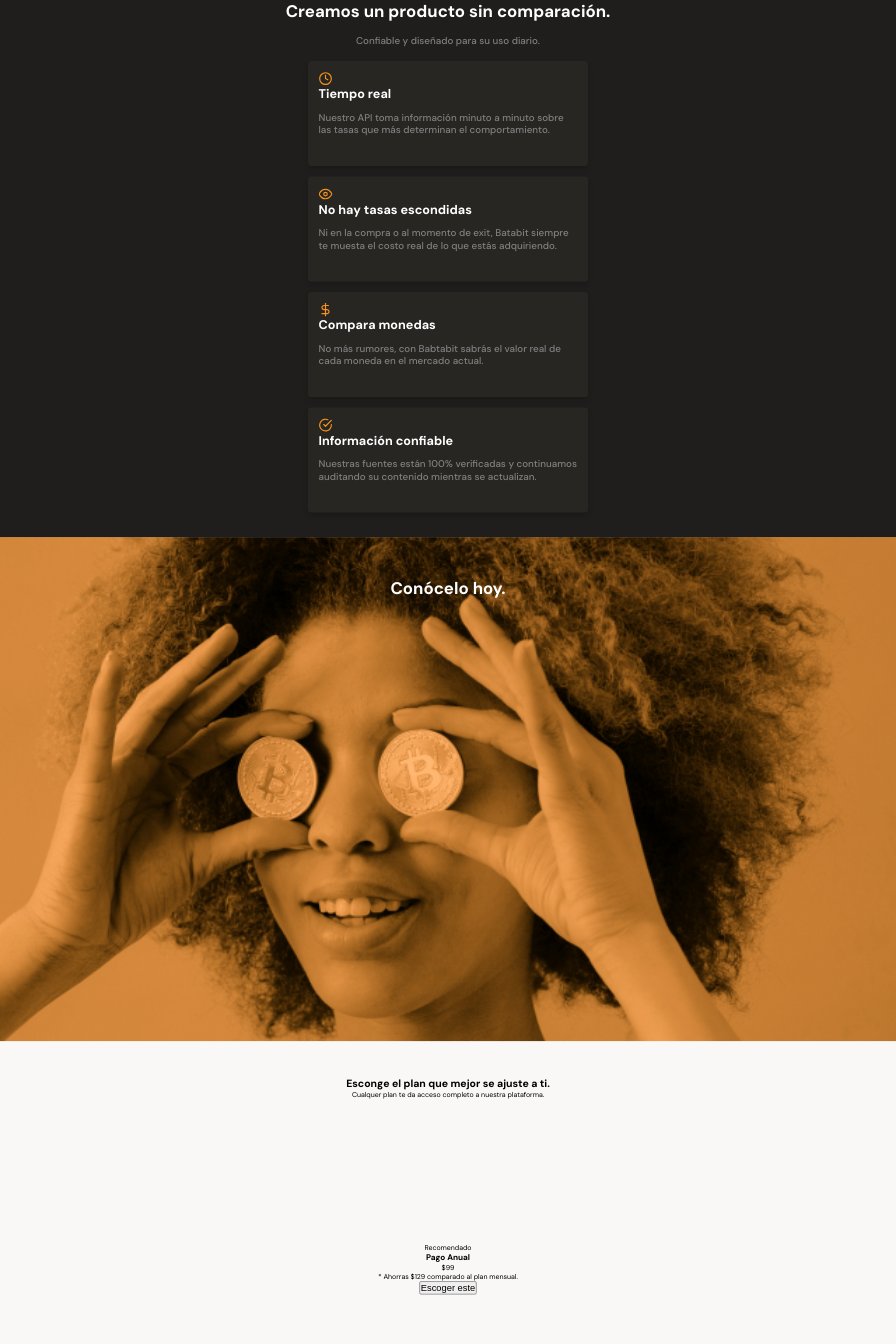
Repository: elto82/mobileFirst
Page: index.html
An editor plug-in stored every save of this project. The page is shown before and after the next save, followed by the edit.
The browser window is 1280 px wide. The pictures show the part of the page from y = 1215 to 3135 px (the page is 3135 px tall), at 70% of full size.
Some web fonts or font styles are not loaded; a fallback is used.

Above is the page before, as saved 2022-06-08 19:41:20.

### index.html
<!DOCTYPE html>
<html lang="en">
  <head>
    <meta charset="UTF-8" />
    <meta http-equiv="X-UA-Compatible" content="IE=edge" />
    <meta name="viewport" content="width=device-width, initial-scale=1.0" />
    <link rel="preconnect" href="https://fonts.googleapis.com" />
    <link rel="preconnect" href="https://fonts.gstatic.com" crossorigin />
    <link
      href="https://fonts.googleapis.com/css2?family=DM+Sans:wght@400;500;700&family=Inter:wght@300;500&family=Poppins:ital,wght@0,300;1,400;1,600&family=Quicksand:wght@300;500;700&family=Roboto:wght@400;700&family=Rubik+Beastly&display=swap"
      rel="stylesheet"
    />
    <link rel="stylesheet" href="./style.css">
    <title>Document</title>
  </head>
  <body>
    <header>
        <img src="./assets/img/logo.svg" alt="">
        <div class="header-title-container">
            <h1>La próxima revolución en el intercambio de criptomonedas.</h1>
            <p>Batatabit te ayuda a navegar entre los diferentes precios y tendencias.  </p>
            <a href="#plans" class="header-button">Conoce nuestros planes <span></span></a>
        </div>
    </header>
    <main>
      <section class="main-exchange-container">
          <div class="backgroundImg"></div>
          <div class="main-exchange-conintainer--title">
            <h2>Visibilizamos todas las tasas de cambio.</h2>
            <p>Traemos información en tiempo real de las casas de cambio y las monedas más importantes del mundo.</p>
          </div>
          <section class="main-tables-container">
              <div class="main-currency-table">
                <p class="currency-table--title">Monedas</p>
                <div class="currency-table--container">
                  <table>
                    <tr>
                      <td class="table__top-left">Bitcoin</td>
                      <td class="table__top-right table__right" >$1.96 <span class="down"></span></td>
                    </tr>
                    <tr>
                      <td>Ethereum</td>
                      <td class="table__right">$0.07 <span class="up"></span></td>
                    </tr>
                    <tr>
                      <td>Riple</td>
                      <td class="table__right">$2.15<span class="down"></span></td>
                    </tr>
                    <tr>
                      <td class="table__bottom-left">Stellar</td>
                      <td class="table__botton-right table__right">$4.96 <span class="down"></span></td>
                    </tr>
                  </table>
                </div>
                <div class="currency-table--date">
                  <p><b> Actualizado:</b> 19 julio 23:45</p>
                </div>
              </div>
          </section>
      </section>

      <section class="main-product-detail">
        <span class="product-detail--batata-logo"></span>
        <div class="product-detail--title">
          <h2>Creamos un producto sin comparación.</h2>
          <p>Confiable y diseñado para su uso diario.</p>
        </div>
        <section class="product-cards--container">
          <article class="product-detail--card">
            <span class="clock"></span>
            <p class="product--card-title">Tiempo real</p>
            <p class="product--card-body">Nuestro API toma información minuto a minuto sobre las tasas que más determinan el comportamiento.</p>
          </article>
          <article class="product-detail--card">
            <span class="eye"></span>
            <p class="product--card-title">No hay tasas escondidas</p>
            <p class="product--card-body">Ni en la compra o al momento de exit, Batabit siempre te muesta el costo real de lo que estás adquiriendo.</p>
          </article>
          <article class="product-detail--card">
            <span class="money"></span>
            <p class="product--card-title">Compara monedas</p>
            <p class="product--card-body">No más rumores, con Babtabit sabrás el valor real de cada moneda en el mercado actual.</p>
          </article>
          <article class="product-detail--card">
            <span class="ok"></span>
            <p class="product--card-title">Información confiable</p>
            <p class="product--card-body">Nuestras fuentes están 100% verificadas y continuamos auditando su contenido mientras se actualizan.</p>
          </article>
        </section>
      </section>
      <section class="bitcoint-img-container">
        <h2>Conócelo hoy.</h2>
      </section>
      <section id="plans" class="main-plans-container">
        <div class="plans--title">
          <h2>Esconge el plan que mejor se ajuste a ti.</h2>
          <p>Cualquer plan te da acceso completo a nuestra plataforma.</p>
        </div>
        <section class="plans-container--slider">
          <article class="plans-conteiner--card">
            <p>Recomendado</p>
            <div>
              <h3>Pago Anual</h3>
              <p><span>$</span>99</p>
              <p>* Ahorras $129 comparado al plan mensual.</p>
              <button>Escoger este <span></span></button>
            </div>
          </article>
        </section>
      </section>
    </main>
    <footer></footer>
  </body>
</html>

### style.css
/*
1. Posicionamiento
2. Modelo de caja (box model)
3. Tipografia
4.Visuales
5. Otros
*/
:root{
    /* colores */
    --bitcoin-orange:#f7931a;
    --soft-orange: #ffe9d5;
    --secondary-blue:#1a9af7;
    --soft-blue: #e7f5ff;
    --warm-black: #201e1c;
    --black:#282623;
    --grey:#bababa;
    --off-white:#faf8f7;
    --just-white:#fff;

}
*{
    box-sizing: border-box;
    margin: 0;
    padding: 0;
}
html{
    font-size: 62.5%;
    font-family: 'DM Sans', sans-serif;;
}
header{
    position: relative;
    display: flex;
    flex-direction: column;
    justify-content: center;
    width: 100%;
    min-width: 32rem;
    height: 34rem;
    text-align: center;
    background: linear-gradient(207.8deg, #201e1c 16.69%, #f7931a 100%);
}
header img{
    width: 15rem;
    height: 2.4rem;
    margin-top: 6rem;
    align-self: center;
}
.header-title-container{
    width: 90%;
    min-width: 28.8rem;
    max-width: 90rem;
    height: 21.8rem;
    margin-top: 4rem;
    text-align: center;
    align-self: center;
}
.header-title-container h1{
    font-size: 2.4rem;
    font-weight: bold;
    line-height: 2.6rem;
    color: var(--just-white);
}
.header-title-container p{
    margin-top: 2.5rem;
    font-size: 1.4rem;
    font-weight: 500;
    line-height: 1.8rem;
    color: var(--soft-orange);
}
.header-title-container .header-button{
    position: absolute;
    left: calc(50% - 11.8rem);
    top: 27rem;
    display: block;
    margin-top: 3.5rem;
    padding: 1.5rem;
    width: 22.9rem;
    height: 4.8rem;
    background-color: var(--off-white);
    box-shadow: 0px 4px 8px rgba(89, 73, 30, 0.16);
    border: none;
    border-radius: 0.5rem;
    font-size: 1.4rem;
    font-weight: bold;
    text-decoration: none;
    color: var(--black);
}
.header-button span{
    display: inline-block;
    width: 1.3rem;
    height: 0.8rem;
    margin-left: 1rem;
    background-image: url('./assets/icons/down-arrow.svg');
}
main{
    width: 100%;
    height: auto;
    background-color: var(--off-white);
}
.main-exchange-container{
    width: 100%;
    height: auto;
    padding-top: 8rem;
    padding-bottom: 3rem;
    text-align: center;
}
.main-exchange-conintainer--title{
    width: 90%;
    min-width: 28.8rem;
    max-width: 90rem;
    margin: 0 auto;
}
.main-exchange-container .backgroundImg{
    width: 20rem;
    height: 20rem;
    margin: 0 auto;
    margin-bottom: 5rem;
    background-image: url('./assets/img/Bitcoin.svg');
    background-size: cover;
    background-position: center;
    background-repeat: no-repeat;
}
.main-exchange-container h2{
    margin-bottom: 3rem;
    font-size: 2.4rem;
    font-weight: bold;
    line-height: 2.6rem;
    color: var(--black);
}
.header-title-container p{
    margin-bottom: 3rem;
    font-size: 1.4rem;
    font-weight: 500;
    line-height: 1.6rem;
    color: #757575;
}
.main-currency-table{
    width: 70%;
    min-width: 23.5rem;
    max-width: 50re;
    height: 36rem;
    margin: 0 auto;
    font-family: 'Inter', 'sans-serif';
}
.main-currency-table .currency-table--title{
    margin-top: 2rem;
    margin-bottom: 1.5rem;
    font-size: 1.8rem;
    font-weight: bold;
    line-height: 2.3rem;
    color: var(--bitcoin-orange);
}
.currency-table--container{
    width: 90%;
    min-width: 23rem;
    max-width: 30rem;
    height: 25rem;
    margin: 0 auto;
}
.currency-table--container table{
    width: 100%;
    height: 100%;
}
.currency-table--container td{
    width: 50%;
    font-size: 1.6rem;
    font-weight: 500;
    line-height: 1.9rem;
    color: var(--grey);
    background-color: var(--just-white);
}
.currency-table--container .table__top-left{
    border-radius: 1.5rem 0 0 0;
}
.currency-table--container .table__top-right{
    border-radius: 0 1.5rem 0 0;
}
.currency-table--container .table__bottom-left{
    border-radius: 0 0 0 1.5rem;
}
.currency-table--container .table__botton-right{
    border-radius: 0 0 1.5rem 0;
}
.currency-table--container .table__right{
    font-size: 1.4rem;
    font-weight: normal;
    line-height: 1.7rem;
    color: #757575;
}
.currency-table--container .down{
    display: inline-block;
    width: 1.5rem;
    height: 1.5rem;
    margin-left: 1rem;
    background-image: url('./assets/icons/trending-down.svg');
    background-size: cover;
    background-position: center;
    background-repeat: no-repeat;
}
.currency-table--container .up{
    display: inline-block;
    width: 1.5rem;
    height: 1.5rem;
    margin-left: 1rem;
    background-image: url('./assets/icons/trending-up.svg');
    background-size: cover;
    background-position: center;
    background-repeat: no-repeat;
}
.currency-table--date{
    width: 19rem;
    height: 3rem;
    margin: 0 auto;
    margin-top: 1.5rem;
    padding: 0.8rem;
    background-color: var(--soft-orange);
    border-radius: 0.8rem;
    box-shadow: 0px 4px 8px rgba(89, 73, 30, 0.16);
}
.currency-table--date p{
    font-weight: 300;
    font-size: 1.2rem;
    line-height: 1.5rem;
    color: var(--warm-black);
}
.main-product-detail{
    position: relative;
    width: 100%;
    min-width: 32rem;
    height: auto;
    padding: 2rem 1rem;
    background-color: var(--warm-black);
}
.product-detail--batata-logo{
    position: absolute;
    width: 4rem;
    height: 2.5rem;
    top: -1rem;
    left: calc(50% - 2rem);
    background-image: url('./assets/icons/batata.svg');

}
.product-detail--title{
    width: 90%;
    min-width: 28.8rem;
    height: auto;
    margin: 0 auto;
    margin-top: 5rem;
    text-align: center;
}
.product-detail--title h2{
    margin-bottom: 2rem;
    font-size: 2.4rem;
    font-weight: bold;
    line-height: 2.6rem;
    color: var(--just-white);
}
.product-detail--title p{
    margin-bottom: 2rem;
    font-size: 1.4rem;
    font-weight: 500;
    line-height: 1.8rem;
    color: #808080;
}
.product-detail--card{
    width: 90%;
    min-width: 28.8rem;
    max-width: 40rem;
    min-height: 15rem;
    margin: 1.5rem auto;
    padding: 1.5rem;
    background-color: var(--black);
    border-radius: 0.5rem;
    box-shadow: 0 4px 8px rgba(0, 0, 0, 0.16);
}
.product-detail--card .clock{
    display: inline-block;
    width: 2rem;
    height: 2rem; ;
    background-image: url('./assets/icons/clock.svg');
    background-size: cover;
    background-position: center;
    background-repeat: no-repeat;
}
.product-detail--card .eye{
    display: inline-block;
    width: 2rem;
    height: 2rem; ;
    background-image: url('./assets/icons/eye.svg');
    background-size: cover;
    background-position: center;
    background-repeat: no-repeat;
}
.product-detail--card .money{
    display: inline-block;
    width: 2rem;
    height: 2rem; ;
    background-image: url('./assets/icons/dollar-sign.svg');
    background-size: cover;
    background-position: center;
    background-repeat: no-repeat;
}
.product-detail--card .ok{
    display: inline-block;
    width: 2rem;
    height: 2rem; ;
    background-image: url('./assets/icons/check-circle.svg');
    background-size: cover;
    background-position: center;
    background-repeat: no-repeat;
}
.product--card-title{
    margin-bottom: 1.5rem;
    font-size: 1.8rem;
    font-weight: bold;
    line-height: 1.8rem;
    color: var(--just-white);
}
.product--card-body{
    font-size: 1.4rem;
    font-weight: 500;
    line-height: 1.8rem;
    color: #808080;
}
.bitcoint-img-container{
    width: 100%;
    min-width: 32rem;
    height: 100vh;
    background-image:url('./assets/img/bitcoinbaby2x.jpg');
    background-size: cover;
    background-position: center;
    background-repeat: no-repeat;
    text-align: center;
}
.bitcoint-img-container h2{
    padding-top: 6rem;
    font-size: 2.4rem;
    font-weight: bold;
    line-height: 2.6rem;
    color: var(--just-white);

}
.main-plans-container{
    width: 100%;
    min-width: 32rem;
    padding-bottom: 7rem;
    text-align: center;
}
.plans--title{
    width: 90%;
    min-height: 28.8rem;
    height: auto;
    margin: 0 auto;
}
.plans--title h2{
    padding-top: 5rem;
}

After the next save:
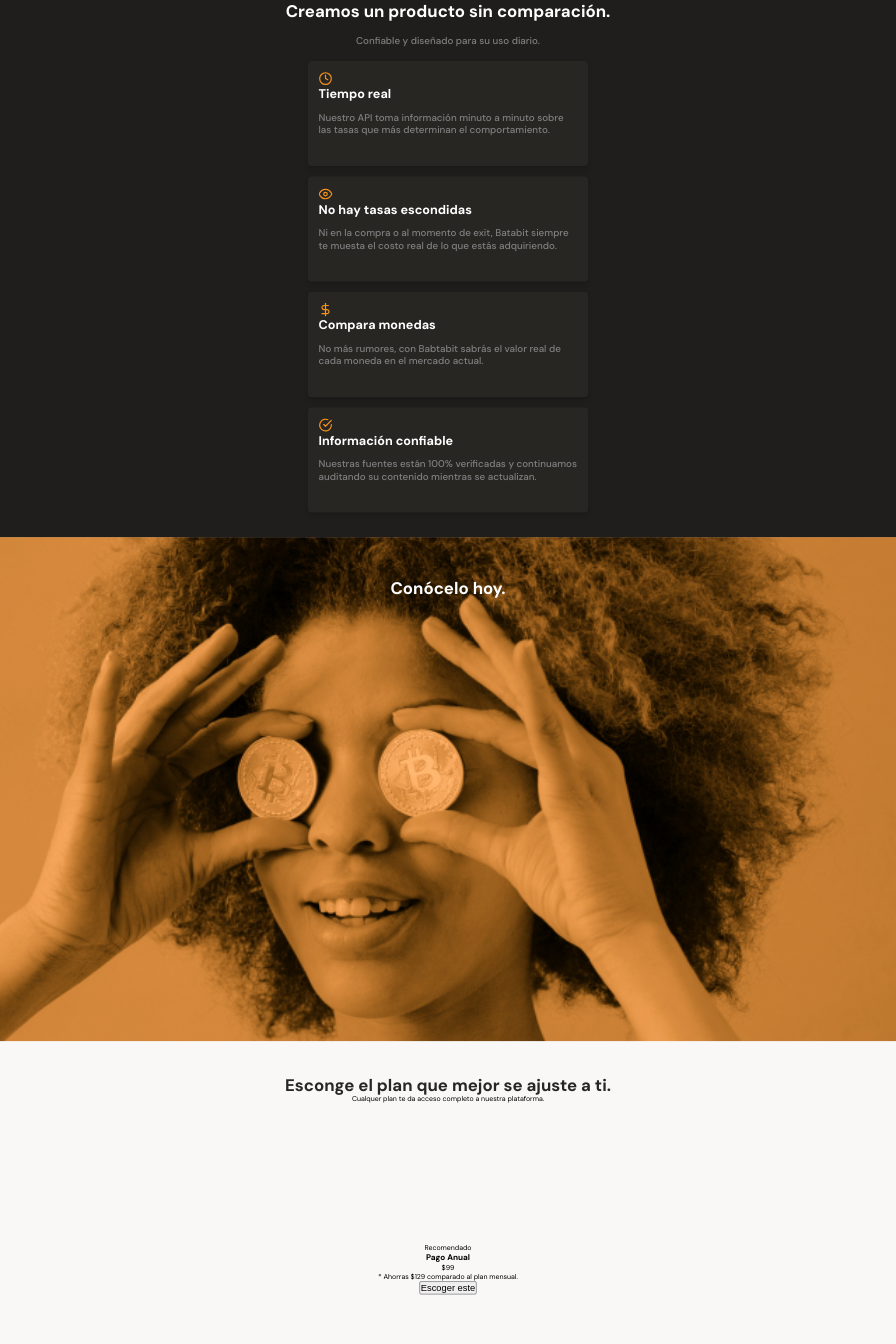
Saved 111 s later.
--- a/style.css
+++ b/style.css
@@ -353,4 +353,8 @@
 }
 .plans--title h2{
     padding-top: 5rem;
-}
+    font-size: 2.4rem;
+    font-weight: bold;
+    line-height: 2.6rem;
+    color: var(--black);
+}
